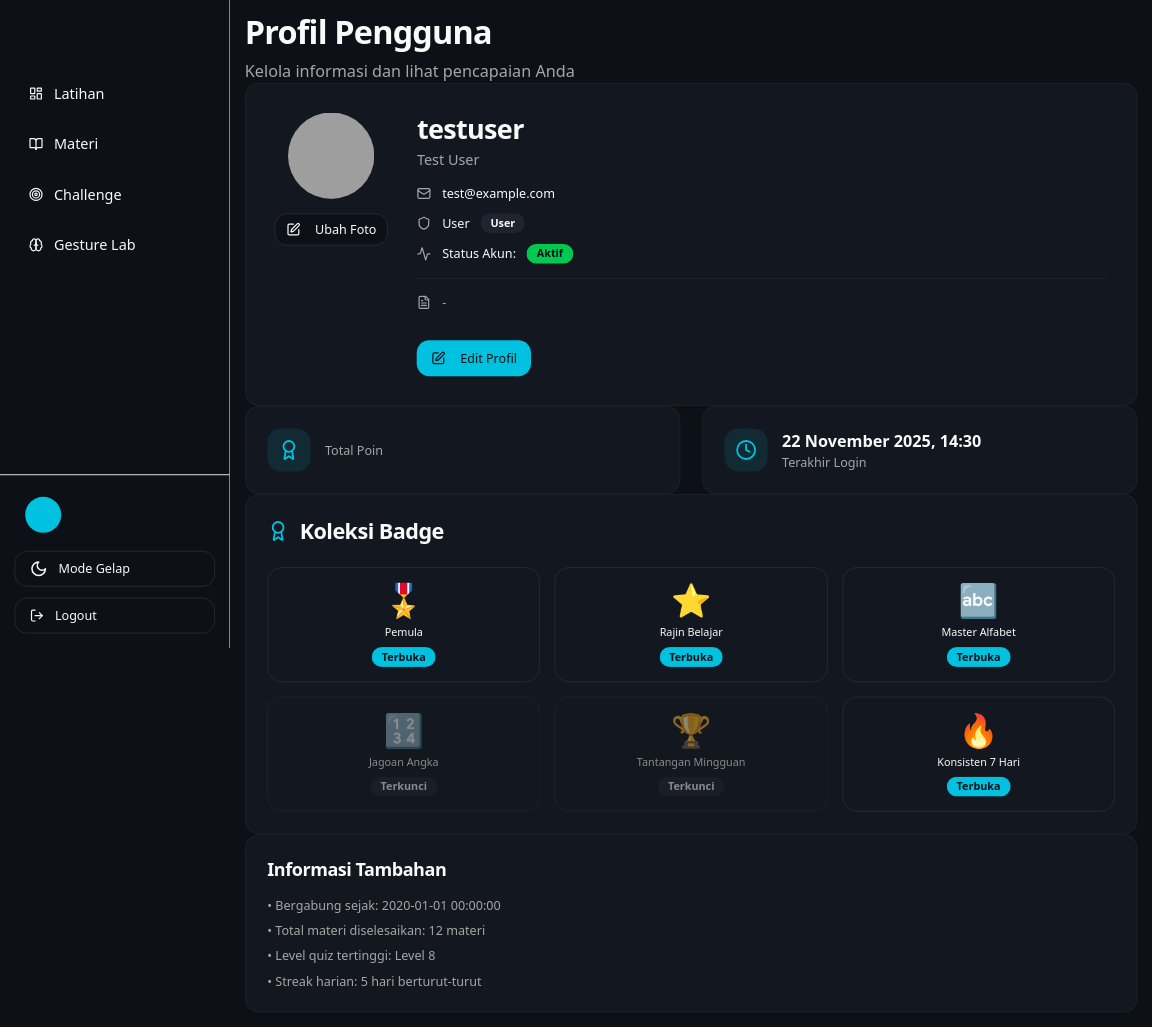
Repository: Tisna7/GESTURA
Page: http://localhost/profile
The author's editor kept a copy of each file at every save. The page is drawn from the files as they stood at one save, then again after the next save.
The browser window is 1280 px wide. The pictures show the whole page, at 90% of full size.
Pictures or frames that could not be fetched are drawn as grey boxes. The page is served by the project's Laravel application, run on PHP 8.4 with Laravel 12. A made-up administrator, Test User (test@example.com), is signed in. Other server files are loaded and not shown. Style sheets and scripts are compiled from the project's sources, by tool versions that may differ from the author's.

Above is the page before, as saved 2025-11-23 16:43:09.

### app/Providers/AppServiceProvider.php
<?php

namespace App\Providers;

use Illuminate\Support\ServiceProvider;

class AppServiceProvider extends ServiceProvider
{
    /**
     * Register any application services.
     */
    public function register(): void
    {

    }

    /**
     * Bootstrap any application services.
     */
    public function boot(): void
    {

    }
}

### resources/views/user/profile.blade.php
@extends('app')
@section('title', 'Dashboard')

@section('content')
        <x-sidebar-user></x-sidebar-user>

<main class="lg:ml-64 min-h-screen pt-16 lg:pt-0">
    <div class="p-4 md:p-8">
        <div>
            <h1 class="text-4xl font-bold mb-2">Profil Pengguna</h1>
            <p class="text-muted-foreground text-lg">Kelola informasi dan lihat pencapaian Anda</p>
        </div>
        <div class="rounded-lg border text-card-foreground shadow-sm p-8 bg-card border-border/50">
            <div class="flex flex-col md:flex-row gap-8">
                <div class="flex flex-col items-center gap-4"><span class="relative flex overflow-hidden rounded-full h-24 w-24 border-4 border-primary/20">
    <img class="h-full w-full object-cover"
        src="https://api.dicebear.com/7.x/avataaars/svg?seed={{ Auth::user()->profile_image }}">
</span>
<button
                        class="inline-flex items-center justify-center gap-2 whitespace-nowrap text-sm font-medium ring-offset-background transition-colors focus-visible:outline-none focus-visible:ring-2 focus-visible:ring-ring focus-visible:ring-offset-2 disabled:pointer-events-none disabled:opacity-50 [&amp;_svg]:pointer-events-none [&amp;_svg]:size-4 [&amp;_svg]:shrink-0 border border-input bg-background hover:bg-accent hover:text-accent-foreground h-9 rounded-md px-3"><svg
                            xmlns="http://www.w3.org/2000/svg" width="24" height="24" viewBox="0 0 24 24"
                            fill="none" stroke="currentColor" stroke-width="2" stroke-linecap="round"
                            stroke-linejoin="round" class="lucide lucide-square-pen h-4 w-4 mr-2">
                            <path d="M12 3H5a2 2 0 0 0-2 2v14a2 2 0 0 0 2 2h14a2 2 0 0 0 2-2v-7"></path>
                            <path
                                d="M18.375 2.625a1 1 0 0 1 3 3l-9.013 9.014a2 2 0 0 1-.853.505l-2.873.84a.5.5 0 0 1-.62-.62l.84-2.873a2 2 0 0 1 .506-.852z">
                            </path>
                        </svg>Ubah Foto</button></div>
                <div class="flex-1 space-y-4">
                    <div>
                        <h2 class="text-3xl font-bold mb-1">{{ Auth::user()->username }}</h2>
                        <p class="text-muted-foreground">{{ Auth::user()->name }}</p>
                    </div>
                    <div class="space-y-3">
                        <div class="flex items-center gap-3 text-sm"><svg xmlns="http://www.w3.org/2000/svg"
                                width="24" height="24" viewBox="0 0 24 24" fill="none" stroke="currentColor"
                                stroke-width="2" stroke-linecap="round" stroke-linejoin="round"
                                class="lucide lucide-mail h-4 w-4 text-muted-foreground">
                                <rect width="20" height="16" x="2" y="4" rx="2"></rect>
                                <path d="m22 7-8.97 5.7a1.94 1.94 0 0 1-2.06 0L2 7"></path>
                            </svg><span>{{ Auth::user()->email }}</span></div>
                        <div class="flex items-center gap-3 text-sm"><svg xmlns="http://www.w3.org/2000/svg"
                                width="24" height="24" viewBox="0 0 24 24" fill="none" stroke="currentColor"
                                stroke-width="2" stroke-linecap="round" stroke-linejoin="round"
                                class="lucide lucide-shield h-4 w-4 text-muted-foreground">
                                <path
                                    d="M20 13c0 5-3.5 7.5-7.66 8.95a1 1 0 0 1-.67-.01C7.5 20.5 4 18 4 13V6a1 1 0 0 1 1-1c2 0 4.5-1.2 6.24-2.72a1.17 1.17 0 0 1 1.52 0C14.51 3.81 17 5 19 5a1 1 0 0 1 1 1z">
                                </path>
                            </svg><span>User</span>
                            <div
                                class="inline-flex items-center rounded-full border px-2.5 py-0.5 text-xs font-semibold transition-colors focus:outline-none focus:ring-2 focus:ring-ring focus:ring-offset-2 border-transparent bg-secondary text-secondary-foreground hover:bg-secondary/80">
                                User</div>
                        </div>
                        <div class="flex items-center gap-3 text-sm"><svg xmlns="http://www.w3.org/2000/svg"
                                width="24" height="24" viewBox="0 0 24 24" fill="none" stroke="currentColor"
                                stroke-width="2" stroke-linecap="round" stroke-linejoin="round"
                                class="lucide lucide-activity h-4 w-4 text-muted-foreground">
                                <path
                                    d="M22 12h-2.48a2 2 0 0 0-1.93 1.46l-2.35 8.36a.25.25 0 0 1-.48 0L9.24 2.18a.25.25 0 0 0-.48 0l-2.35 8.36A2 2 0 0 1 4.49 12H2">
                                </path>
                            </svg><span>Status Akun:</span>
                            <div
                                class="inline-flex items-center rounded-full border px-2.5 py-0.5 text-xs font-semibold transition-colors focus:outline-none focus:ring-2 focus:ring-ring focus:ring-offset-2 border-transparent text-primary-foreground hover:bg-primary/80 bg-green-500">
                                Aktif</div>
                        </div>
                    </div>
                    <div class="pt-4 border-t border-border/50">
                        <div class="flex items-start gap-3 text-sm"><svg xmlns="http://www.w3.org/2000/svg"
                                width="24" height="24" viewBox="0 0 24 24" fill="none" stroke="currentColor"
                                stroke-width="2" stroke-linecap="round" stroke-linejoin="round"
                                class="lucide lucide-file-text h-4 w-4 text-muted-foreground mt-0.5">
                                <path d="M15 2H6a2 2 0 0 0-2 2v16a2 2 0 0 0 2 2h12a2 2 0 0 0 2-2V7Z"></path>
                                <path d="M14 2v4a2 2 0 0 0 2 2h4"></path>
                                <path d="M10 9H8"></path>
                                <path d="M16 13H8"></path>
                                <path d="M16 17H8"></path>
                            </svg>
                            <p class="text-muted-foreground">{{ Auth::user()->bio ?? '-' }}</p>
                        </div>
                    </div>
                    <div class="pt-4"><a href="{{ route('profile.edit') }}"><button
                            class="inline-flex items-center justify-center gap-2 whitespace-nowrap rounded-md text-sm font-medium ring-offset-background transition-colors focus-visible:outline-none focus-visible:ring-2 focus-visible:ring-ring focus-visible:ring-offset-2 disabled:pointer-events-none disabled:opacity-50 [&amp;_svg]:pointer-events-none [&amp;_svg]:size-4 [&amp;_svg]:shrink-0 bg-primary text-primary-foreground hover:bg-primary/90 h-10 px-4 py-2 hover-glow"><svg
                                xmlns="http://www.w3.org/2000/svg" width="24" height="24" viewBox="0 0 24 24"
                                fill="none" stroke="currentColor" stroke-width="2" stroke-linecap="round"
                                stroke-linejoin="round" class="lucide lucide-square-pen h-4 w-4 mr-2">
                                <path d="M12 3H5a2 2 0 0 0-2 2v14a2 2 0 0 0 2 2h14a2 2 0 0 0 2-2v-7"></path>
                                <path
                                    d="M18.375 2.625a1 1 0 0 1 3 3l-9.013 9.014a2 2 0 0 1-.853.505l-2.873.84a.5.5 0 0 1-.62-.62l.84-2.873a2 2 0 0 1 .506-.852z">
                                </path>
                            </svg>Edit Profil</button></a></div>
                </div>
            </div>
        </div>
        <div class="grid grid-cols-1 md:grid-cols-2 gap-6">
            <div class="rounded-lg border text-card-foreground shadow-sm p-6 bg-card border-border/50">
                <div class="flex items-center gap-4">
                    <div class="p-3 bg-primary/10 rounded-lg"><svg xmlns="http://www.w3.org/2000/svg" width="24"
                            height="24" viewBox="0 0 24 24" fill="none" stroke="currentColor" stroke-width="2"
                            stroke-linecap="round" stroke-linejoin="round"
                            class="lucide lucide-award h-6 w-6 text-primary">
                            <path
                                d="m15.477 12.89 1.515 8.526a.5.5 0 0 1-.81.47l-3.58-2.687a1 1 0 0 0-1.197 0l-3.586 2.686a.5.5 0 0 1-.81-.469l1.514-8.526">
                            </path>
                            <circle cx="12" cy="8" r="6"></circle>
                        </svg></div>
                    <div>
                        <div class="text-3xl font-bold text-primary">{{ Auth::user()->total_point }}</div>
                        <div class="text-sm text-muted-foreground">Total Poin</div>
                    </div>
                </div>
            </div>
            <div class="rounded-lg border text-card-foreground shadow-sm p-6 bg-card border-border/50">
                <div class="flex items-center gap-4">
                    <div class="p-3 bg-primary/10 rounded-lg"><svg xmlns="http://www.w3.org/2000/svg" width="24"
                            height="24" viewBox="0 0 24 24" fill="none" stroke="currentColor"
                            stroke-width="2" stroke-linecap="round" stroke-linejoin="round"
                            class="lucide lucide-clock h-6 w-6 text-primary">
                            <circle cx="12" cy="12" r="10"></circle>
                            <polyline points="12 6 12 12 16 14"></polyline>
                        </svg></div>
                    <div>
                        <div class="text-lg font-bold">22 November 2025, 14:30</div>
                        <div class="text-sm text-muted-foreground">Terakhir Login</div>
                    </div>
                </div>
            </div>
        </div>
        <div class="rounded-lg border text-card-foreground shadow-sm p-6 bg-card border-border/50">
            <div class="flex items-center gap-3 mb-6"><svg xmlns="http://www.w3.org/2000/svg" width="24"
                    height="24" viewBox="0 0 24 24" fill="none" stroke="currentColor" stroke-width="2"
                    stroke-linecap="round" stroke-linejoin="round" class="lucide lucide-award h-6 w-6 text-primary">
                    <path
                        d="m15.477 12.89 1.515 8.526a.5.5 0 0 1-.81.47l-3.58-2.687a1 1 0 0 0-1.197 0l-3.586 2.686a.5.5 0 0 1-.81-.469l1.514-8.526">
                    </path>
                    <circle cx="12" cy="8" r="6"></circle>
                </svg>
                <h3 class="text-2xl font-bold">Koleksi Badge</h3>
            </div>
            <div class="grid grid-cols-2 md:grid-cols-3 lg:grid-cols-6 gap-4">
                <div
                    class="flex flex-col items-center gap-2 p-4 rounded-lg border transition-all bg-card border-primary/30 hover:border-primary/50 cursor-pointer hover-glow">
                    <div class="text-4xl false">🎖️</div>
                    <p class="text-xs text-center font-medium">Pemula</p>
                    <div
                        class="inline-flex items-center rounded-full border px-2.5 py-0.5 font-semibold transition-colors focus:outline-none focus:ring-2 focus:ring-ring focus:ring-offset-2 border-transparent bg-primary text-primary-foreground hover:bg-primary/80 text-xs">
                        Terbuka</div>
                </div>
                <div
                    class="flex flex-col items-center gap-2 p-4 rounded-lg border transition-all bg-card border-primary/30 hover:border-primary/50 cursor-pointer hover-glow">
                    <div class="text-4xl false">⭐</div>
                    <p class="text-xs text-center font-medium">Rajin Belajar</p>
                    <div
                        class="inline-flex items-center rounded-full border px-2.5 py-0.5 font-semibold transition-colors focus:outline-none focus:ring-2 focus:ring-ring focus:ring-offset-2 border-transparent bg-primary text-primary-foreground hover:bg-primary/80 text-xs">
                        Terbuka</div>
                </div>
                <div
                    class="flex flex-col items-center gap-2 p-4 rounded-lg border transition-all bg-card border-primary/30 hover:border-primary/50 cursor-pointer hover-glow">
                    <div class="text-4xl false">🔤</div>
                    <p class="text-xs text-center font-medium">Master Alfabet</p>
                    <div
                        class="inline-flex items-center rounded-full border px-2.5 py-0.5 font-semibold transition-colors focus:outline-none focus:ring-2 focus:ring-ring focus:ring-offset-2 border-transparent bg-primary text-primary-foreground hover:bg-primary/80 text-xs">
                        Terbuka</div>
                </div>
                <div
                    class="flex flex-col items-center gap-2 p-4 rounded-lg border transition-all bg-muted/20 border-border/30 opacity-50">
                    <div class="text-4xl grayscale blur-sm">🔢</div>
                    <p class="text-xs text-center font-medium">Jagoan Angka</p>
                    <div
                        class="inline-flex items-center rounded-full border px-2.5 py-0.5 font-semibold transition-colors focus:outline-none focus:ring-2 focus:ring-ring focus:ring-offset-2 border-transparent bg-secondary text-secondary-foreground hover:bg-secondary/80 text-xs">
                        Terkunci</div>
                </div>
                <div
                    class="flex flex-col items-center gap-2 p-4 rounded-lg border transition-all bg-muted/20 border-border/30 opacity-50">
                    <div class="text-4xl grayscale blur-sm">🏆</div>
                    <p class="text-xs text-center font-medium">Tantangan Mingguan</p>
                    <div
                        class="inline-flex items-center rounded-full border px-2.5 py-0.5 font-semibold transition-colors focus:outline-none focus:ring-2 focus:ring-ring focus:ring-offset-2 border-transparent bg-secondary text-secondary-foreground hover:bg-secondary/80 text-xs">
                        Terkunci</div>
                </div>
                <div
                    class="flex flex-col items-center gap-2 p-4 rounded-lg border transition-all bg-card border-primary/30 hover:border-primary/50 cursor-pointer hover-glow">
                    <div class="text-4xl false">🔥</div>
                    <p class="text-xs text-center font-medium">Konsisten 7 Hari</p>
                    <div
                        class="inline-flex items-center rounded-full border px-2.5 py-0.5 font-semibold transition-colors focus:outline-none focus:ring-2 focus:ring-ring focus:ring-offset-2 border-transparent bg-primary text-primary-foreground hover:bg-primary/80 text-xs">
                        Terbuka</div>
                </div>
            </div>
        </div>
        <div class="rounded-lg border text-card-foreground shadow-sm p-6 bg-card border-border/50">
            <h3 class="text-xl font-bold mb-4">Informasi Tambahan</h3>
            <div class="space-y-2 text-sm text-muted-foreground">
                <p>• Bergabung sejak: {{ Auth::user()->created_at }}</p>
                <p>• Total materi diselesaikan: 12 materi</p>
                <p>• Level quiz tertinggi: Level 8</p>
                <p>• Streak harian: 5 hari berturut-turut</p>
            </div>
        </div>
    </div>
</main>

@endsection

### resources/css/app.css
@import 'tailwindcss';
@import "./theme.css";

@source '../../vendor/laravel/framework/src/Illuminate/Pagination/resources/views/*.blade.php';
@source '../../storage/framework/views/*.php';
@source '../**/*.blade.php';
@source '../**/*.js';

@theme {
    --font-sans: 'Instrument Sans', ui-sans-serif, system-ui, sans-serif, 'Apple Color Emoji', 'Segoe UI Emoji',
        'Segoe UI Symbol', 'Noto Color Emoji';

    --color-background: #ffabcc;
}

Loaded but not shown: app/Models/User.php (common file); resources/css/theme.css (library); resources/views/components/sidebar-user.blade.php (207 lines, source omitted); routes/web.php (59 lines, source omitted); resources/views/app.blade.php (23 lines, source omitted)

After the next save:
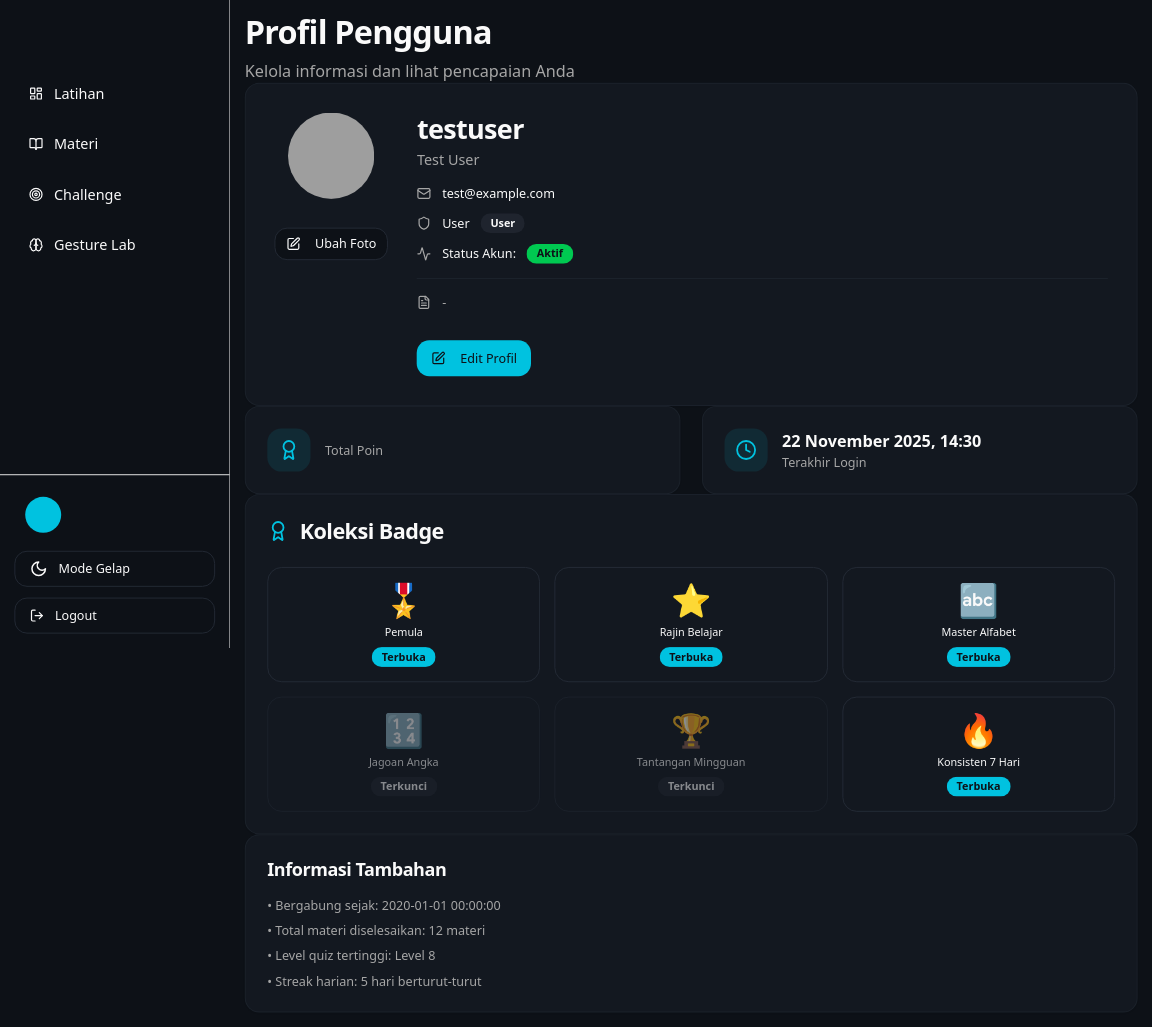
Saved 106 s later.
--- a/resources/views/user/profile.blade.php
+++ b/resources/views/user/profile.blade.php
@@ -15,7 +15,7 @@
                 <div class="flex flex-col items-center gap-4"><span class="relative flex overflow-hidden rounded-full h-24 w-24 border-4 border-primary/20">
     <img class="h-full w-full object-cover"
         src="https://api.dicebear.com/7.x/avataaars/svg?seed={{ Auth::user()->profile_image }}">
-</span>
+</span><a href=""></a>
 <button
                         class="inline-flex items-center justify-center gap-2 whitespace-nowrap text-sm font-medium ring-offset-background transition-colors focus-visible:outline-none focus-visible:ring-2 focus-visible:ring-ring focus-visible:ring-offset-2 disabled:pointer-events-none disabled:opacity-50 [&amp;_svg]:pointer-events-none [&amp;_svg]:size-4 [&amp;_svg]:shrink-0 border border-input bg-background hover:bg-accent hover:text-accent-foreground h-9 rounded-md px-3"><svg
                             xmlns="http://www.w3.org/2000/svg" width="24" height="24" viewBox="0 0 24 24"

After the save that followed:
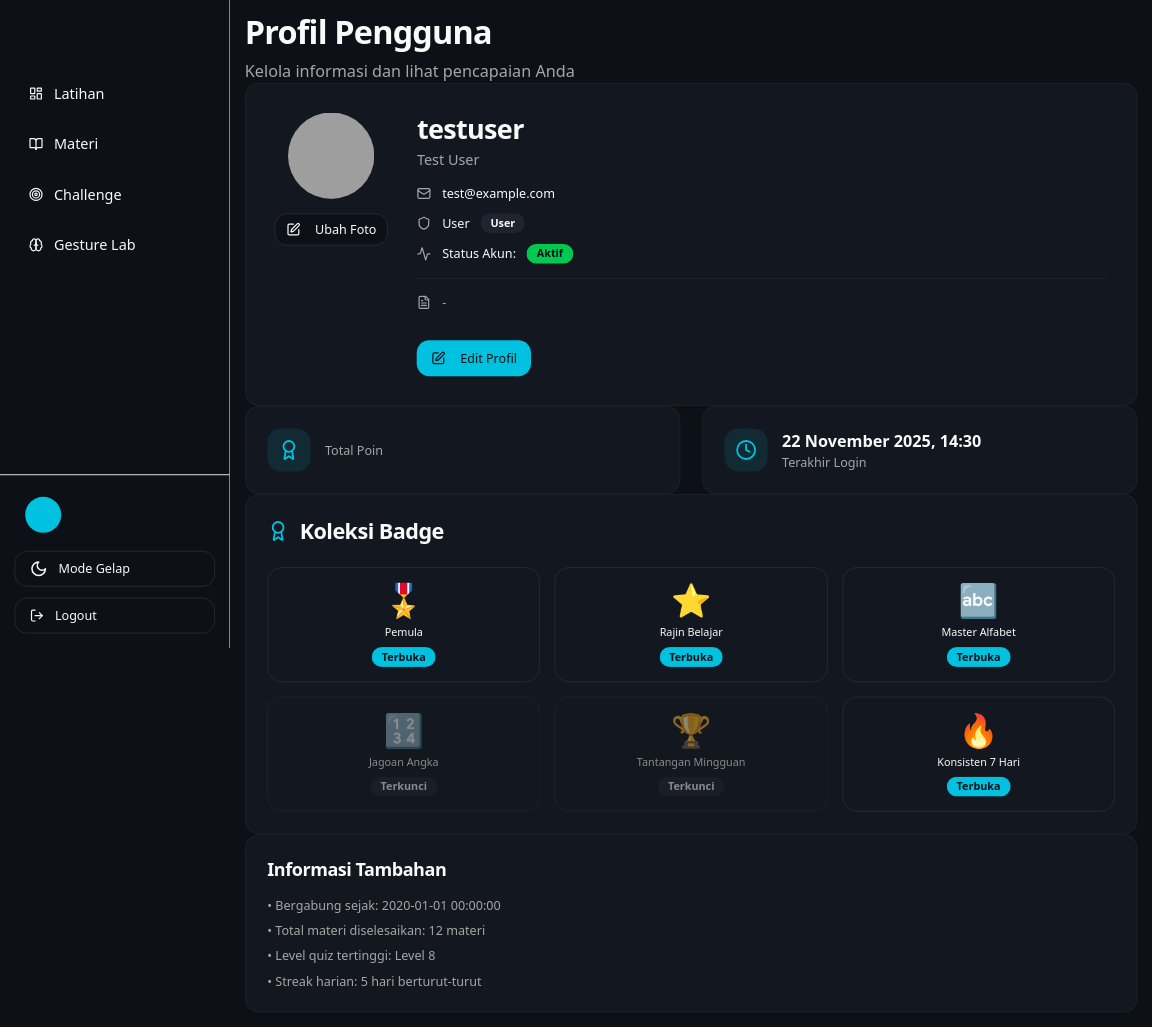
Saved 6 s later.
--- a/resources/views/user/profile.blade.php
+++ b/resources/views/user/profile.blade.php
@@ -15,7 +15,7 @@
                 <div class="flex flex-col items-center gap-4"><span class="relative flex overflow-hidden rounded-full h-24 w-24 border-4 border-primary/20">
     <img class="h-full w-full object-cover"
         src="https://api.dicebear.com/7.x/avataaars/svg?seed={{ Auth::user()->profile_image }}">
-</span><a href=""></a>
+</span><a href="">
 <button
                         class="inline-flex items-center justify-center gap-2 whitespace-nowrap text-sm font-medium ring-offset-background transition-colors focus-visible:outline-none focus-visible:ring-2 focus-visible:ring-ring focus-visible:ring-offset-2 disabled:pointer-events-none disabled:opacity-50 [&amp;_svg]:pointer-events-none [&amp;_svg]:size-4 [&amp;_svg]:shrink-0 border border-input bg-background hover:bg-accent hover:text-accent-foreground h-9 rounded-md px-3"><svg
                             xmlns="http://www.w3.org/2000/svg" width="24" height="24" viewBox="0 0 24 24"
@@ -25,7 +25,7 @@
                             <path
                                 d="M18.375 2.625a1 1 0 0 1 3 3l-9.013 9.014a2 2 0 0 1-.853.505l-2.873.84a.5.5 0 0 1-.62-.62l.84-2.873a2 2 0 0 1 .506-.852z">
                             </path>
-                        </svg>Ubah Foto</button></div>
+                        </svg>Ubah Foto</button></a></div>
                 <div class="flex-1 space-y-4">
                     <div>
                         <h2 class="text-3xl font-bold mb-1">{{ Auth::user()->username }}</h2>
